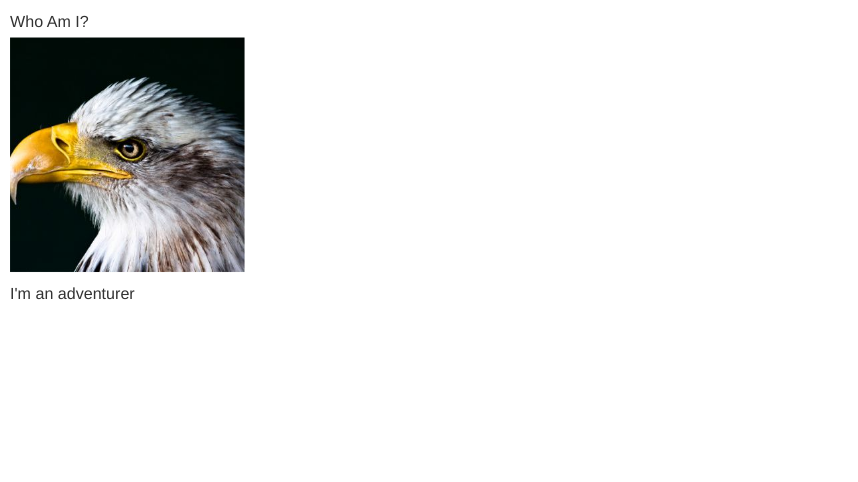
Repository: kimfunn/AI-Platform-
Page: springboot(2106)/myboot01/src/main/resources/static/index.html
The author's editor kept a copy of each file at every save. The page is drawn from the files as they stood at one save, then again after the next save.
The browser window is 1280 px wide. The pictures show the whole page, at 67% of full size.

Above is the page before, as saved 2021-06-29 08:08:05.

After the next save:
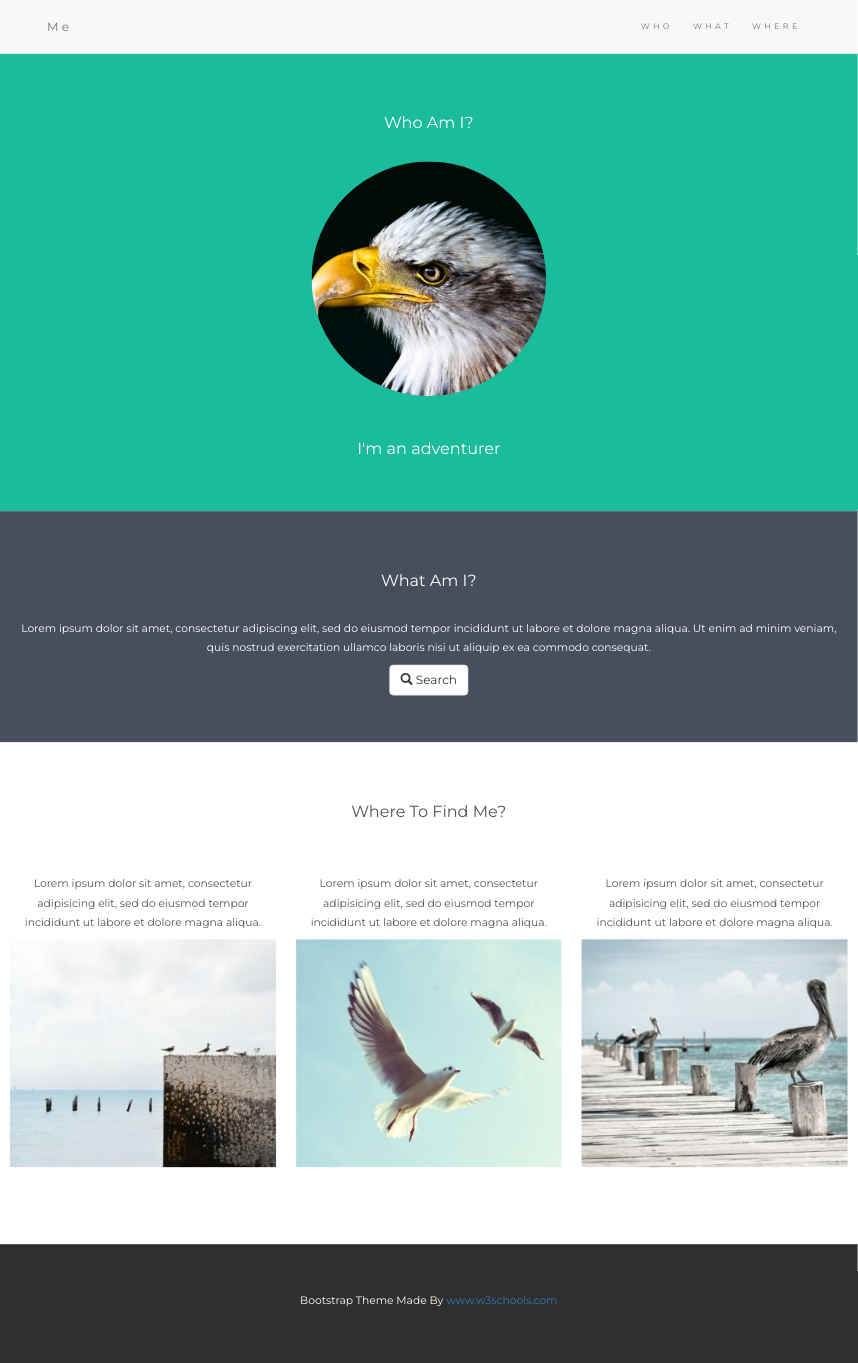
Saved 78 s later.
--- a/springboot(2106)/myboot01/src/main/resources/static/index.html
+++ b/springboot(2106)/myboot01/src/main/resources/static/index.html
@@ -1,20 +1,118 @@
 <!DOCTYPE html>
 <html lang="en">
 <head>
+  <!-- Theme Made By www.w3schools.com - No Copyright -->
   <title>Bootstrap Theme Simply Me</title>
   <meta charset="utf-8">
   <meta name="viewport" content="width=device-width, initial-scale=1">
   <link rel="stylesheet" href="https://maxcdn.bootstrapcdn.com/bootstrap/3.4.1/css/bootstrap.min.css">
+  <link href="https://fonts.googleapis.com/css?family=Montserrat" rel="stylesheet">
   <script src="https://ajax.googleapis.com/ajax/libs/jquery/3.5.1/jquery.min.js"></script>
   <script src="https://maxcdn.bootstrapcdn.com/bootstrap/3.4.1/js/bootstrap.min.js"></script>
+  <style>
+  body {
+    font: 20px Montserrat, sans-serif;
+    line-height: 1.8;
+    color: #f5f6f7;
+  }
+  p {font-size: 16px;}
+  .margin {margin-bottom: 45px;}
+  .bg-1 {
+    background-color: #1abc9c; /* Green */
+    color: #ffffff;
+  }
+  .bg-2 {
+    background-color: #474e5d; /* Dark Blue */
+    color: #ffffff;
+  }
+  .bg-3 {
+    background-color: #ffffff; /* White */
+    color: #555555;
+  }
+  .bg-4 {
+    background-color: #2f2f2f; /* Black Gray */
+    color: #fff;
+  }
+  .container-fluid {
+    padding-top: 70px;
+    padding-bottom: 70px;
+  }
+  .navbar {
+    padding-top: 15px;
+    padding-bottom: 15px;
+    border: 0;
+    border-radius: 0;
+    margin-bottom: 0;
+    font-size: 12px;
+    letter-spacing: 5px;
+  }
+  .navbar-nav  li a:hover {
+    color: #1abc9c !important;
+  }
+  </style>
 </head>
 <body>
 
-<div class="container-fluid">
-  <h3>Who Am I?</h3>
-  <img src="../img/bird.jpg" alt="Bird">
+<!-- Navbar -->
+<nav class="navbar navbar-default">
+  <div class="container">
+    <div class="navbar-header">
+      <button type="button" class="navbar-toggle" data-toggle="collapse" data-target="#myNavbar">
+        <span class="icon-bar"></span>
+        <span class="icon-bar"></span>
+        <span class="icon-bar"></span>
+      </button>
+      <a class="navbar-brand" href="#">Me</a>
+    </div>
+    <div class="collapse navbar-collapse" id="myNavbar">
+      <ul class="nav navbar-nav navbar-right">
+        <li><a href="#">WHO</a></li>
+        <li><a href="#">WHAT</a></li>
+        <li><a href="#">WHERE</a></li>
+      </ul>
+    </div>
+  </div>
+</nav>
+
+<!-- First Container -->
+<div class="container-fluid bg-1 text-center">
+  <h3 class="margin">Who Am I?</h3>
+  <img src="img/bird.jpg" class="img-responsive img-circle margin" style="display:inline" alt="Bird" width="350" height="350">
   <h3>I'm an adventurer</h3>
 </div>
 
+<!-- Second Container -->
+<div class="container-fluid bg-2 text-center">
+  <h3 class="margin">What Am I?</h3>
+  <p>Lorem ipsum dolor sit amet, consectetur adipiscing elit, sed do eiusmod tempor incididunt ut labore et dolore magna aliqua. Ut enim ad minim veniam, quis nostrud exercitation ullamco laboris nisi ut aliquip ex ea commodo consequat. </p>
+  <a href="#" class="btn btn-default btn-lg">
+    <span class="glyphicon glyphicon-search"></span> Search
+  </a>
+</div>
+
+<!-- Third Container (Grid) -->
+<div class="container-fluid bg-3 text-center">
+  <h3 class="margin">Where To Find Me?</h3><br>
+  <div class="row">
+    <div class="col-sm-4">
+      <p>Lorem ipsum dolor sit amet, consectetur adipisicing elit, sed do eiusmod tempor incididunt ut labore et dolore magna aliqua.</p>
+      <img src="img/birds1.jpg" class="img-responsive margin" style="width:100%" alt="Image">
+    </div>
+    <div class="col-sm-4">
+      <p>Lorem ipsum dolor sit amet, consectetur adipisicing elit, sed do eiusmod tempor incididunt ut labore et dolore magna aliqua.</p>
+      <img src="img/birds2.jpg" class="img-responsive margin" style="width:100%" alt="Image">
+    </div>
+    <div class="col-sm-4">
+      <p>Lorem ipsum dolor sit amet, consectetur adipisicing elit, sed do eiusmod tempor incididunt ut labore et dolore magna aliqua.</p>
+      <img src="img/birds3.jpg" class="img-responsive margin" style="width:100%" alt="Image">
+    </div>
+  </div>
+</div>
+
+<!-- Footer -->
+<footer class="container-fluid bg-4 text-center">
+  <p>Bootstrap Theme Made By <a href="https://www.w3schools.com">www.w3schools.com</a></p>
+</footer>
+
 </body>
 </html>
